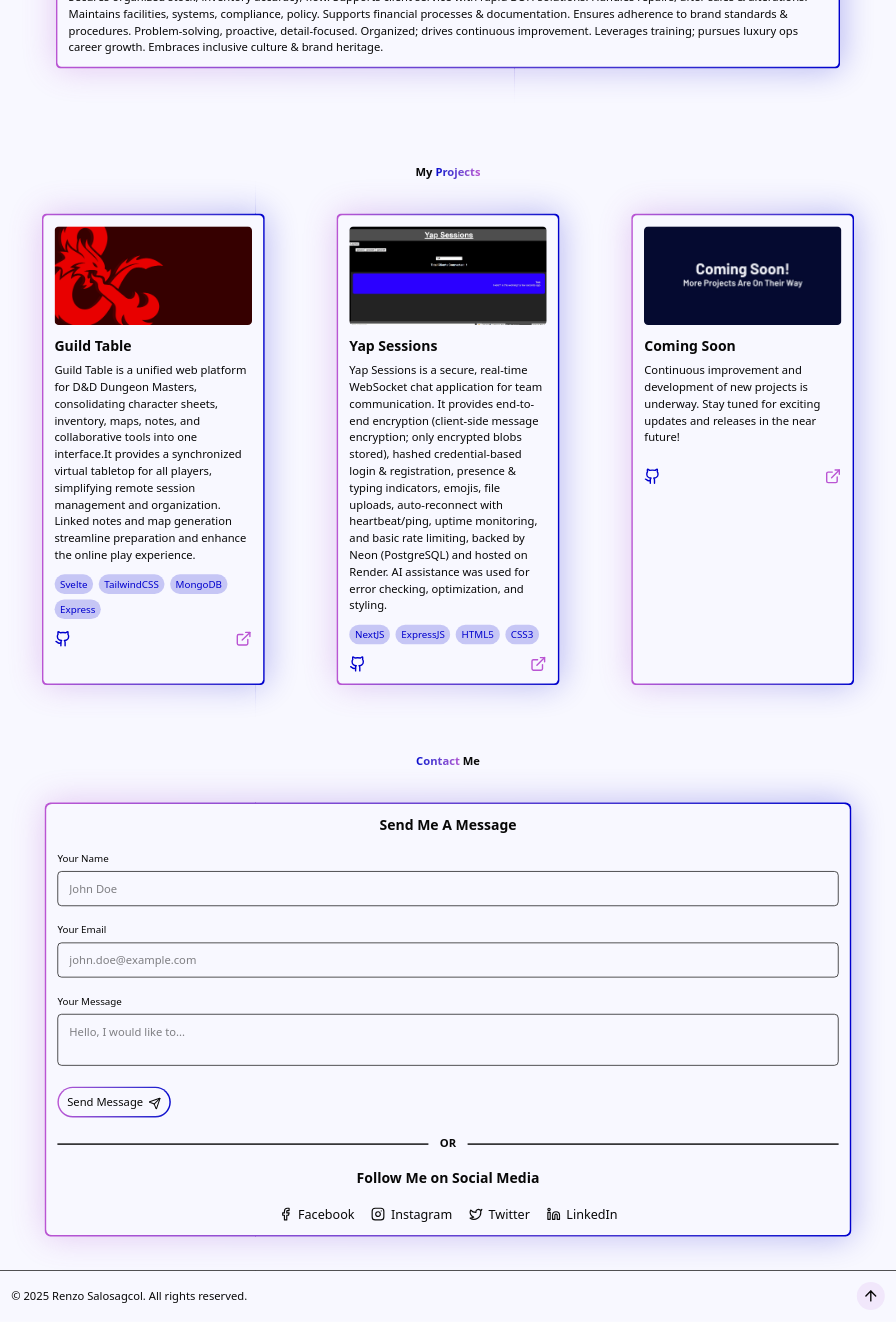
Repository: Renzo-Salosagcol/Updated_Personal_Portfolio
Page: /
The author's editor kept a copy of each file at every save. The page is drawn from the files as they stood at one save, then again after the next save.
The browser window is 1280 px wide. The pictures show the part of the page from y = 1638 to 3558 px (the page is 3526 px tall before and 3558 px after), at 70% of full size.
The project was rebuilt for these pictures with package versions that can differ from the ones it lists, and the page was loaded fresh each time. Also part of the build but not shown: vite.config.js, src/pages/NotFound.jsx.

Above is the page before, as saved 2025-11-21 13:24:16.

### index.html
<!doctype html>
<html lang="en">
  <head>
    <meta charset="UTF-8" />
    <link rel="icon" type="image/png" href="/logo_icon.png" />
    <meta name="viewport" content="width=device-width, initial-scale=1.0" />
    <title>Renzo Salosagcol Portfolio</title>
  </head>
  <body>
    <div id="root"></div>
    <script type="module" src="/src/main.jsx"></script>
  </body>
</html>

### src/index.css
@import "tailwindcss";

@theme {
  --color-background: var(--background);
  --color-foreground: var(--foreground);

  --color-primary: var(--primary);
  --color-secondary: var(--secondary);

  --animate-fade-in: fade-in 1s ease-in forwards;
}

@layer base {
  /* Light Theme */
  :root {
    --background: #f8f8ff; /* Ghost White */
    --foreground: #080808; /* Vampire Black */

    --primary: #0000cd; /* Medium Blue */
    --secondary: #ba55d3; /* Medium Orchid */
  }

  /* Dark Theme */
  .dark {
    --background: #080808; /* Vampire Black */
    --foreground: #f8f8ff; /* Ghost White */

    --primary: #ff0800; /* Candy Apple Red */
    --secondary: #fefc22; /* Laser Lemon */
  }

  html {
    @apply scroll-smooth;
  }

  body {
    @apply bg-background text-foreground transition-colors duration-300;
  }
}

@property --gradient-angle {
  syntax: "<angle>";
  initial-value: 0deg;
  inherits: false;
}

@keyframes spin {
  from {
    --gradient-angle: 0deg;
  }
  to {
    --gradient-angle: 360deg;
  }
}

@keyframes fade-in {
  0% {
    opacity: 0;
    transform: translateY(20px);
  }
  100% {
    opacity: 1;
    transform: translateY(0);
  }
}

@utility container {
  margin-inline: auto;
  padding-inline: 1rem;
}

@utility gradient-card {
  @apply relative mx-auto flex h-full w-full max-w-fit items-center justify-center
  rounded-md bg-linear-to-l from-primary to-secondary p-0.5 before:gradient-card-shadow;
}

@utility gradient-card-inner {
  @apply relative h-full w-full overflow-hidden p-4 bg-background rounded-[inherit];
}

@utility gradient-card-shadow {
  @apply absolute top-1/2 left-1/2 -z-1 h-full w-full -translate-x-1/2 -translate-y-1/2 rounded-md
  bg-linear-to-l from-primary to-secondary p-4;
  filter: blur(1.5rem);
  opacity: 0.3;
}

@utility gradient-button {
  @apply relative h-full w-full max-w-fit p-0.5 items-center justify-center
  bg-linear-to-l from-primary to-secondary rounded-full;
}

@utility gradient-button-inner {
  @apply relative h-full w-full p-1 rounded-[inherit] bg-background;
}

@utility gradient-text {
  @apply text-transparent bg-clip-text bg-gradient-to-r from-primary to-secondary transition-colors duration-300;
}

@utility gradient-icon {
  @apply bg-gradient-to-r from-primary to-secondary text-transparent;
}

@utility glassmorphism {
  @apply bg-background/30 backdrop-blur-lg
}

### src/App.jsx
import { BrowserRouter, Routes, Route } from "react-router-dom"
import { Home } from "./pages/Home"
import { NotFound } from "./pages/NotFound"

function App() {
  return (
    <BrowserRouter>
      <Routes>
        <Route path="/" element={<Home />} />
        <Route path="*" element={<NotFound />} />
      </Routes>
    </BrowserRouter>
  )
}

export default App

### src/pages/Home.jsx
import { Background } from "../components/Background"
import { Navbar } from "../components/Navbar"
import { Hero } from "../components/Hero"
import { About } from "../components/About"
import { Projects } from "../components/Projects"
import { Contact } from "../components/Contact"
import { Footer } from "../components/Footer"

export const Home = () => {
  return (
    <div id="home" className="w-full h-screen">
      {/* Background */}
      <Background />


      {/* Navbar */}
      <Navbar />

      {/* Main */}
      <Hero />
      <About />
      <Projects />
      <Contact />

      {/* Footer */}
      <Footer />
    </div>
  )
}

### src/components/Background.jsx


export const Background = () => {
  return (
    <div className="fixed inset-0 overflow-hidden pointer-events-none -z-40 bg-background w-screen h-screen">
    </div>
  )
}

### src/components/Navbar.jsx
import { ThemeToggle } from './ThemeToggle'

const items = [
  { name: 'Home', href: '#home' },
  { name: 'About', href: '#about' },
  { name: 'Projects', href: '#projects' },
  { name: 'Contact', href: '#contact' },
]

export const Navbar = () => {
  return (
    <nav className="fixed top-0 left-0 w-full p-1 flex items-center justify-between glassmorphism z-40 text-sm md:text-md text-foreground">
      <a href="#home" className="p-2"><span className="gradient-text">Renzo Salosagcol</span> Portfolio</a>
      <ul className="flex gap-6 p-2">
        {items.map(item => (
          <li key={item.name}
            className="hover:gradient-text transition-all duration-300 relative hover:gradient-card">
            <a href={item.href}>{item.name}</a>
          </li>
        ))}
        <li><ThemeToggle /></li>
      </ul>
    </nav>
  )
}

### src/components/Hero.jsx

export const Hero = () => {
  return (
    <main className="relative min-h-screen flex items-center justify-center max-w-10/12 rounded-md container z-0">
      <div className="gradient-card opacity-0 animate-fade-in">
        <div className="gradient-card-inner flex flex-cols md:flex-rows items-center gap-6 rounded-md bg-background">
          <div className="container flex flex-col gap-1">
            <h1 className="text-lg md:text-xl lg:text-2xl">
              <span className="gradient-text">Hello! </span>
              My Name is
              <span className="gradient-text"> Renzo Salosagcol</span>
            </h1>
            <h1 className="text-lg md:text-xl lg:text-2xl">I am a <span className="gradient-text">Full-Stack Web Developer</span></h1>
            <h3 className="w-md md:w-lg lg:w-xl text-sm">
              <span className="font-bold">Problem solving</span> and
              <span className="font-bold"> critical thinking </span>
              are some of my favorite and most rewarding activities. Coding is a way for me to express my creativity and bring ideas to life while consistently approaching and adapting to new challenges.
            </h3>
            <h3 className="w-md md:w-lg lg:w-xl text-sm">Want to learn more about me?
              <span className="gradient-text"> Click on the button</span> below or
              <span className="gradient-text"> keep scrolling</span> to learn more!
            </h3>
            <a
              href="#about"
              className="mt-4 inline-block text-center active:scale-[1.05]"
            >
              <button className="gradient-button cursor-pointer">
                <div className="gradient-button-inner hover:gradient-text active:scale-[1.05] active:bg-background">
                  <h5 className="text-foreground p-2 py-1 hover:text-background">Learn more...</h5>
                </div>
              </button>
            </a>
          </div>
          <div>
            <img
            src="../../headshot.jpeg"
            alt="Headshot Photo"
            className="rounded-md w-64 h-64 object-cover"
            />
          </div>
      </div>
      </div>
    </main>
  )
}

### src/components/About.jsx
import { GraduationCap, Briefcase, User } from "lucide-react"

const categories = [
  {
    name: "Education",
    icon: GraduationCap,
    experiences: [{
      location: "California State University, Fullerton",
      role: "Bachelor of Science in Computer Science",
      period: "2023 - 2025",
      description: "Pursued a Bachelor's degree in Computer Science with a focus on Full-Stack Web Development. " +
      "Graduated in May 2025 with a strong foundation in software development principles and practices.",
    },
    {
      location: "Orange Coast College",
      role: "Transfer to CSU Fullerton for Computer Science",
      period: "2019 - 2023",
      description: "Began my college journey in 2019 as a Nursing Major before switching to Computer Science in 2021. " +
      "Completed my general education courses and major prerequisites to transfer to CSU Fullerton.",
    }]
  },
  {
    name: "Work Experience",
    icon: Briefcase,
    experiences: [ {
      location: "Gucci, Gucci Americas Inc.",
      role: "Operations Controller",
      period: "2024 - Present",
      description: "Oversees stockroom accuracy & inventory integrity. " +
      "Executes shipping, receiving, transfers, repairs, damages. " +
      "Conducts cycle counts; reconciles variances promptly. " +
      "Maintains compliance docs & security procedures. " +
      "Resolves operational, service & facility issues fast. " +
      "Orders supplies; supports boutique upkeep. " +
      "Champions Gucci values & premium client standards. " +
      "Drives process improvement via cross-team collaboration.",
    },
    {
      location: "EOS Fitness, Fitness Alliance LLC",
      role: "Service Associate",
      period: "2024",
      description: "Creates loyal lifelong member fans; upbeat, welcoming. " +
      "Hosts front desk; greets & directs members/guests. " +
      "Answers inquiries; resolves concerns professionally. " +
      "Processes check-ins, payments, alerts promptly. " +
      "Maintains clean, stocked desk & facility walks. " +
      "Monitors cooler/bar inventory & tracks sales. " +
      "Supports safety protocols & policy compliance. " +
      "Uses MS Office & club systems; multitasks fast. " +
      "Problem-solving, organized, optimistic, team focus. " +
      "Adapts schedule; evenings/weekends/holidays. " +
      "CPR within 30 days; attends mandatory training. " +
      "Lifts 40+ lbs; routine bending; system data entry. " +
      "Enjoys growth perks: free membership + guest. " +
      "Access to training, discounts, referral bonuses. " +
      "Benefits: health, vision, dental, EAP, 401k match.",
    },
    {
      location: "Louis Vuitton, Moët Hennessy Louis Vuitton SE",
      role: "Operations Associate",
      period: "2021 - 2023",
      description: "Secures organized stock, inventory accuracy, flow. " +
      "Supports client service with rapid BOH solutions. " +
      "Handles repairs, after sales & alterations. " +
      "Maintains facilities, systems, compliance, policy. " +
      "Supports financial processes & documentation. " +
      "Ensures adherence to brand standards & procedures. " +
      "Problem-solving, proactive, detail-focused. " +
      "Organized; drives continuous improvement. " +
      "Leverages training; pursues luxury ops career growth. " +
      "Embraces inclusive culture & brand heritage.",
    }]
  }
  // {
  //   name: "Personal",
  //   icon: User,
  //   experiences: [{
  //     location: "Gucci Americas Inc.",
  //     role: "Operations Associate",
  //     period: "2024 - Present",
  //     description: "I have 5 years of experience in software development.",
  //   }]
  // }
]

export const About = () => {
  return (
    <section id="about" className="relative min-h-screen py-12">
      <div className="flex items-center justify-center mb-12">
        <h1 className="font-bold"><span className="gradient-text">About </span> Me</h1>
      </div>
      <div className=" mx-auto max-w-6xl rounded-lg p-4 grid-cols-1 gap-6">
        {categories.map((category, index) => (
          <div className="gradient-card mb-6 animate-fade-in" key={index}>
            <div className="gradient-card-inner container flex flex-cols md:flex-rows rounded-md bg-background gap-6">
              <div>
                <div className="flex flex-row items-left gap-2 mb-2">
                  <category.icon className="" size={30}/>
                  <h2 className="font-bold text-xl gradient-text max-w-fit">{category.name}</h2>
                </div>
                <div>
                  {category.experiences.map((experience, index) => (
                    <div key={index} className="pt-3">
                      <h4 className="items-left font-bold">{experience.location}</h4>
                      <div className="flex flex-row justify-between">
                        <h4 className="font-semibold">{experience.role}</h4>
                        <h4 className="font-semibold">{experience.period}</h4>
                      </div>
                      <p className="">{experience.description}</p>
                    </div>
                  ))}
                </div>
              </div>
            </div>
          </div>
        ))}
      </div>
    </section>
  )
}

### src/components/Projects.jsx
import { GithubIcon, ExternalLink } from "lucide-react"

const project_info = [
  {
    id: 1,
    title: "Guild Table",
    description: "Guild Table is a unified web platform for D&D Dungeon Masters, consolidating character sheets, inventory, maps, notes, and collaborative tools into one interface." + "It provides a synchronized virtual tabletop for all players, simplifying remote session management and organization. " + "Linked notes and map generation streamline preparation and enhance the online play experience.",
    image: "../../dnd_banner.jpg",
    badges: ["Svelte", "TailwindCSS", "MongoDB", "Express"],
    github_link: "https://github.com/keillor/Guild-Table.git",
    external_link: ""
  },
  {
    id: 2,
    title: "Yap Sessions",
    description: "Yap Sessions is a secure, real-time WebSocket chat application for team communication. " +
    "It provides end-to-end encryption (client-side message encryption; only encrypted blobs stored), hashed credential-based login & registration, presence & typing indicators, emojis, file uploads, auto-reconnect with heartbeat/ping, uptime monitoring, and basic rate limiting, backed by Neon (PostgreSQL) and hosted on Render. " +
    "AI assistance was used for error checking, optimization, and styling.",
    image: "../../yap_sessions.jpg",
    badges: ["NextJS", "ExpressJS", "HTML5", "CSS3"],
    github_link: "https://github.com/Renzo-Salosagcol/Web-Socket-Communication.git",
    external_link: "https://web-socket-communication.onrender.com/"
  },
  {
    id: 3,
    title: "Coming Soon",
    description: "Continuous improvement and development of new projects is underway. Stay tuned for exciting updates and releases in the near future!",
    image: "../../coming_soon.jpg",
    badges: [],
    github_link: "",
    external_link: ""
  }
]

export const Projects = () => {
  return (
    <section id="projects" className="relative min-h-screen py-12 flex flex-col justify-center">
      <div className="flex items-center justify-center mb-12">
        <h1 className="font-bold">My <span className="gradient-text">Projects</span></h1>
      </div>
      <div className="px-5 w-full grid grid-cols-1 md:grid-cols-2 lg:grid-cols-3 gap-6">
        {project_info.map((project) => (
          <div key={project.id} className="gradient-card max-w-8/10 h-full">
            <div className="gradient-card-inner">
              <img src={project.image} alt={project.title} className="aspect-2/1 object-cover mb-4 rounded-[inherit]" />
              <h2 className="font-bold text-xl mb-2">{project.title}</h2>
              <p className="text-muted-foreground mb-4">{project.description}</p>
              <div className="flex flex-wrap gap-2 mb-4">
                {project.badges.map((badge, index) => (
                  <span key={index} className="bg-primary/20 text-primary px-2 py-1 rounded-full text-sm">{badge}</span>
                ))}
              </div>
              <div className="flex items-center justify-between">
                <a href={project.github_link} target="_blank" rel="noopener noreferrer" className="text-primary hover:underline transition-colors duration-300"><GithubIcon /></a>
                <a href={project.external_link} target="_blank" rel="noopener noreferrer" className="text-secondary hover:underline transition-colors duration-300"><ExternalLink /></a>
              </div>
            </div>
          </div>
        ))}
      </div>
    </section>
  )
}

### src/components/Contact.jsx
import { Facebook, Instagram, Twitter, Linkedin, Send } from "lucide-react"
import { useState } from "react"
import React, { useRef } from 'react';
import emailjs from '@emailjs/browser';

const SOCIAL_MEDIA = [
  { name: "Facebook", icon: Facebook, link: "https://www.facebook.com/renzo.salosagcol/" },
  { name: "Instagram", icon: Instagram, link: "https://www.instagram.com/renzosalosagcol/" },
  { name: "Twitter", icon: Twitter, link: "" },
  { name: "LinkedIn", icon: Linkedin, link: "https://www.linkedin.com/in/renzo-salosagcol" },
]

export const Contact = () => {
  const [isSubmitting, setIsSubmitting] = useState(false)
  const form = useRef();

  const handleSubmit = (e) => {
    e.preventDefault()

    setIsSubmitting(true)

    setTimeout(() => {
      emailjs
      .sendForm('service_ty07dz8', 'template_qie54mn', form.current, {
        publicKey: 'ccSugwwpEdgekTna8',
      })
      .then(
        () => {
          alert('SUCCESS! Your message has been sent.');
        },
        (error) => {
          console.log('FAILED...', error.text);
        },
      );
      setIsSubmitting(false)
    }, 1500)
  }
  return (
    <section id="contact" className="relative min-h-screen py-12 flex flex-col justify-center">
      <div className="flex items-center justify-center mb-12">
        <h1 className="font-bold"><span className="gradient-text">Contact </span>Me</h1>
      </div>
      <div className=" mx-auto max-w-6xl rounded-lg gradient-card">
        <div className="gradient-card-inner flex flex-col items-center gap-6">
          <div className="flex flex-col items-center gap-6 w-full">
            <h2 className="text-xl font-semibold">Send Me A Message</h2>
            <form className="space-y-6 w-full items-center justify-center" ref={form} onSubmit={handleSubmit}>
              <div className="w-full">
                <label htmlFor="name" className="block text-sm font-medium mb-2 text-left">Your Name</label>
                <input
                  type="text"
                  id="name"
                  name="name"
                  required
                  className="w-full px-4 py-3 rounded-md border border-input bg-background focus:outline-hidden focus:ring-2 focus:ring-primary"
                  placeholder="John Doe"
                />
              </div>
              <div>
                <label htmlFor="email" className="block text-sm font-medium mb-2">Your Email</label>
                <input
                  type="email"
                  id="email"
                  name="email"
                  required
                  className="w-full px-4 py-3 rounded-md border border-input bg-background focus:outline-hidden focus:ring-2 focus:ring-primary"
                  placeholder="john.doe@example.com"
                />
              </div>
              <div>
                <label htmlFor="message" className="block text-sm font-medium mb-2">Your Message</label>
                <textarea
                  id="message"
                  name="message"
                  required
                  className="w-full px-4 py-3 rounded-md border border-input bg-background focus:outline-hidden focus:ring-2 focus:ring-primary resize-none"
                  placeholder="Hello, I would like to..."
                />
              </div>
              <div className="w-full items-center">
                <button
                type="submit"
                disabled={isSubmitting}
                className="gradient-button cursor-pointer w-full active:scale-[1.05]"
                onClick={handleSubmit}
                >
                  <div className="gradient-button-inner hover:gradient-text">
                    <h5 className="text-foreground p-2 py-1 hover:text-background inline-flex items-center gap-2">
                      {isSubmitting ? "Sending..." : "Send Message"}
                      <Send size={18} className="mt-1"/>
                    </h5>
                  </div>
                </button>
              </div>
            </form>
          </div>
          <div className="w-full items-center">
            <h2 className="flex flex-row items-center gap-4 w-full justify-center font-semibold">
              <div className="bg-foreground h-0.5 w-full mt-1"> </div>
              OR
              <div className="bg-foreground h-0.5 w-full mt-1"> </div>
            </h2>
          </div>
          <div className="flex flex-col items-center gap-6">
            <h2 className="text-xl font-semibold">Follow Me on Social Media</h2>
            <ul className="flex xs:flex-col lg:flex-row gap-6 text-lg items-left">
              {SOCIAL_MEDIA.map((platform) => (
                <li key={platform.name}>
                  <a href={platform.link} target="_blank" rel="noopener noreferrer" className="flex flex-row items-left gap-2">
                    <platform.icon size={20} className="mt-1"/> {platform.name}
                  </a>
                </li>
              ))}
            </ul>
          </div>

        </div>
      </div>
    </section>
  )
}

### src/components/Footer.jsx
import { ArrowUp } from "lucide-react"

export const Footer = () => {
  return (
    <footer className=" bg-background relative border-t border-border p-4 flex flex-wrap justify-between items-center">
      <p className="text-small text-muted-foreground"> &copy; {new Date().getFullYear()} Renzo Salosagcol. All rights reserved.</p>
      <a href="#home" className="p-2 rounded-full bg-secondary/10 hover:bg-primary/20 text-foreground transition-colors"> <ArrowUp /></a>
    </footer>
  )
}

### src/components/ThemeToggle.jsx
import { useState, useEffect } from "react"
import { Sun, Moon } from "lucide-react"

export const ThemeToggle = () => {
  const [isDark, setIsDark] = useState(false)

  useEffect(() => {
    const theme = localStorage.getItem("theme")
    if (theme) {
      setIsDark(theme === "dark")
      document.documentElement.classList.toggle("dark", theme === "dark")
    }
  }, [])

  const toggleTheme = () => {
    setIsDark(!isDark)
    document.documentElement.classList.toggle("dark", !isDark)
    localStorage.setItem("theme", !isDark ? "dark" : "light")
  }

  return (
    <button
      onClick={toggleTheme}
      className="max-sm:hidden p-1 z-50 rounded-full transition-color duration-300 focus:outline-hidden hover:cursor-pointer"
    >
      {isDark ? (
        <Sun className="h-4 w-4 text-yellow-300" />
      ) : (
        <Moon className="h-4 w-4 text-blue-900" />
      )}
    </button>

  )
}

Loaded but not shown: src/main.jsx (common file)

After the next save:
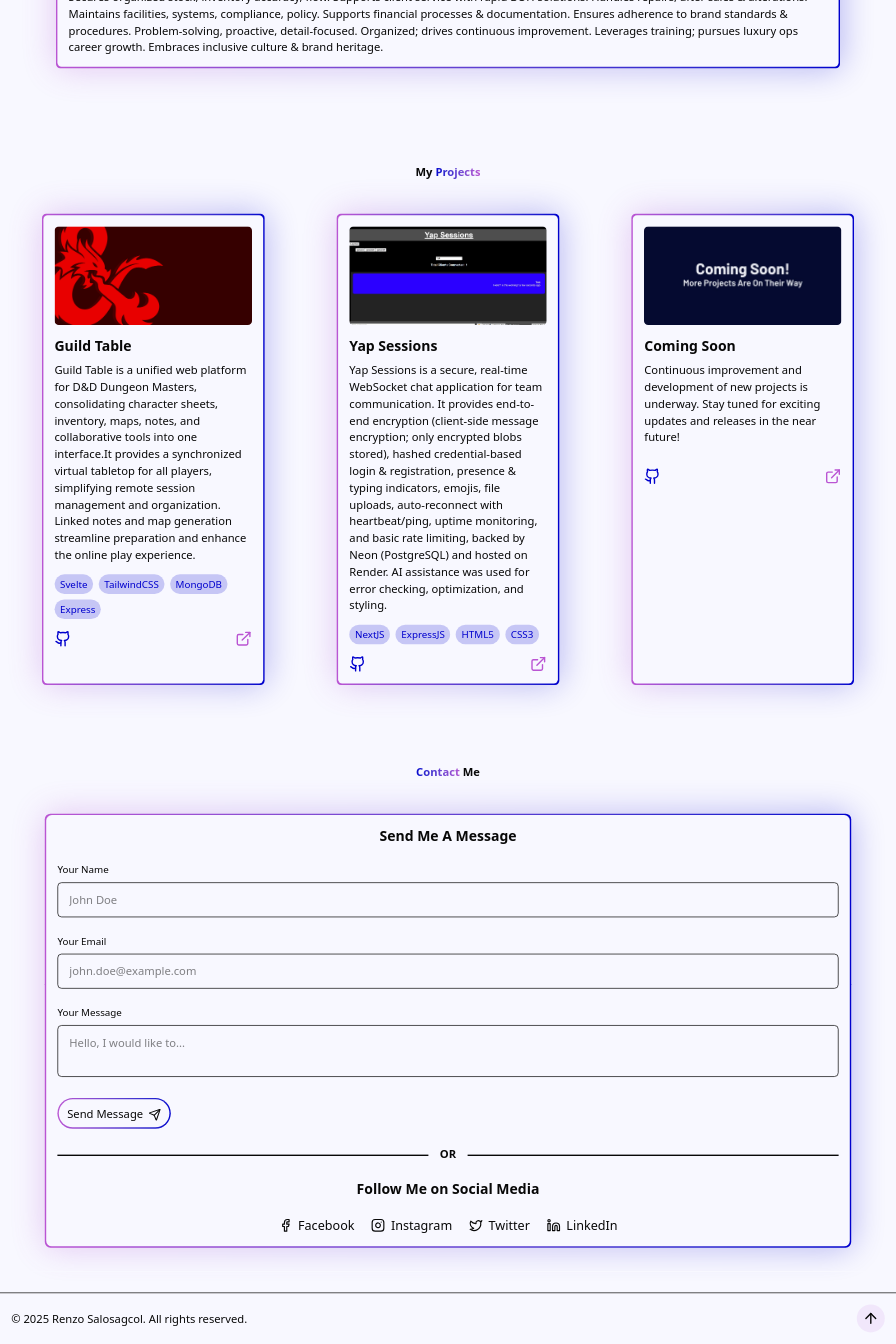
Saved 36 s later.
--- a/src/components/Contact.jsx
+++ b/src/components/Contact.jsx
@@ -36,7 +36,7 @@ export const Contact = () => {
     }, 1500)
   }
   return (
-    <section id="contact" className="relative min-h-screen py-12 flex flex-col justify-center">
+    <section id="contact" className="relative min-h-screen py-12 m-4 flex flex-col justify-center">
       <div className="flex items-center justify-center mb-12">
         <h1 className="font-bold"><span className="gradient-text">Contact </span>Me</h1>
       </div>
